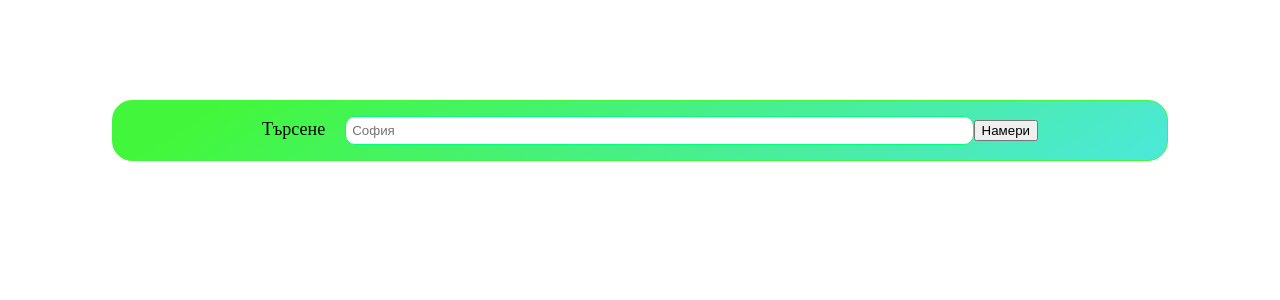
Repository: GeryZlatev/address-search
Page: /
An editor plug-in stored every save of this project. The page is shown before and after the next save, followed by the edit.
The browser window is 1280 px wide. The pictures show the whole page.
The project was rebuilt for these pictures with package versions that can differ from the ones it lists, and the page was loaded fresh each time.

Above is the page before, as saved 2021-04-09 20:08:04.

After the next save:
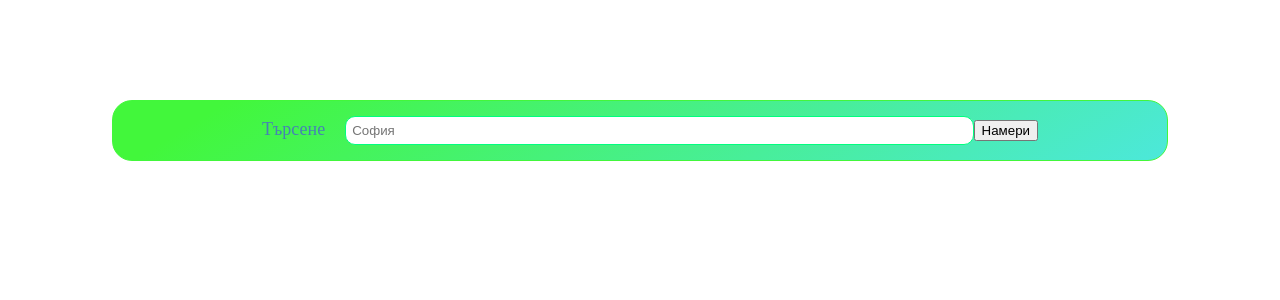
Saved 4 min 39 s later.
--- a/src/components/SearchBar/SearchBar.module.css
+++ b/src/components/SearchBar/SearchBar.module.css
@@ -20,6 +20,8 @@
     margin: 20px;
     font-size: large;
     font-weight: 200;
+    cursor: pointer;
+    color: steelblue;
 
 }
 
